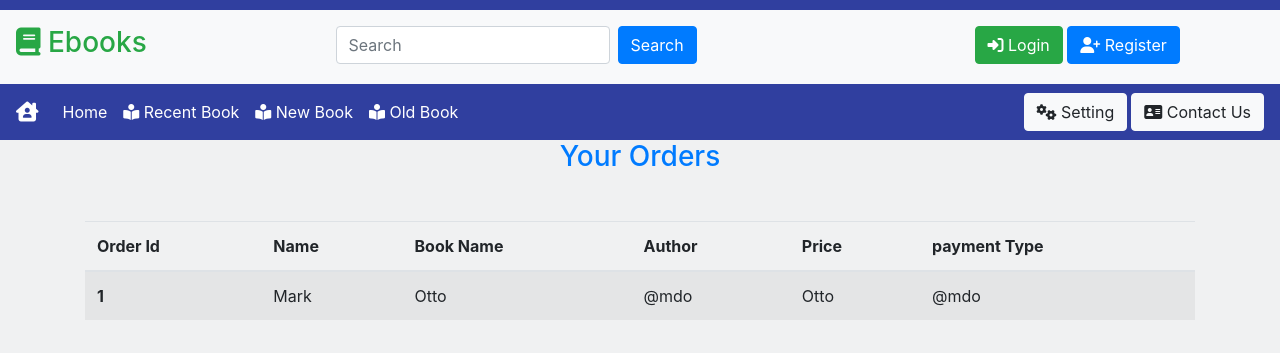
Repository: chittaranjan24/E-Books_Management_System
Page: http://localhost/Ebook-App/order.jsp
The author's editor kept a copy of each file at every save. The page is drawn from the files as they stood at one save, then again after the next save.
The browser window is 1280 px wide. The pictures show the whole page.
Some web libraries are served in a nearby version. The page is served by Tomcat 9. Other server files are loaded and not shown.

Above is the page before, as saved 2023-08-31 11:26:45.

### Ebook-App/src/main/webapp/order.jsp
<%@ page language="java" contentType="text/html; charset=ISO-8859-1"
	pageEncoding="ISO-8859-1"%>
<!DOCTYPE html>
<html>
<head>
<meta charset="ISO-8859-1">
<title>Track Orders</title>
<%@include file="all_component/allCss.jsp"%>
</head>
<body style="background-color: #f0f1f2;">
	<%@include file="all_component/navbar.jsp"%>
	<div class="container">
	<h3 class="text-center text-primary">Your Orders</h3>
		<table class="table table-striped mt-5">
			<thead>
				<tr>
					<th scope="col">Order Id</th>
					<th scope="col">Name</th>
					<th scope="col">Book Name</th>
					<th scope="col">Author</th>
					<th scope="col">Price</th>
					<th scope="col">payment Type</th>
				</tr>
			</thead>
			<tbody>
				<tr>
					<th scope="row">1</th>
					<td>Mark</td>
					<td>Otto</td>
					<td>@mdo</td>
					<td>Otto</td>
					<td>@mdo</td>
				</tr>

			</tbody>
		</table>
	</div>

</body>
</html>

### Ebook-App/src/main/webapp/all_component/allCss.jsp
<link rel="stylesheet"
	href="https://cdn.jsdelivr.net/npm/bootstrap@4.0.0/dist/css/bootstrap.min.css"
	integrity="sha384-Gn5384xqQ1aoWXA+058RXPxPg6fy4IWvTNh0E263XmFcJlSAwiGgFAW/dAiS6JXm"
	crossorigin="anonymous">


<script src="https://code.jquery.com/jquery-3.2.1.slim.min.js"
	integrity="sha384-KJ3o2DKtIkvYIK3UENzmM7KCkRr/rE9/Qpg6aAZGJwFDMVNA/GpGFF93hXpG5KkN"
	crossorigin="anonymous"></script>
<script
	src="https://cdn.jsdelivr.net/npm/popper.js@1.12.9/dist/umd/popper.min.js"
	integrity="sha384-ApNbgh9B+Y1QKtv3Rn7W3mgPxhU9K/ScQsAP7hUibX39j7fakFPskvXusvfa0b4Q"
	crossorigin="anonymous"></script>
<script
	src="https://cdn.jsdelivr.net/npm/bootstrap@4.0.0/dist/js/bootstrap.min.js"
	integrity="sha384-JZR6Spejh4U02d8jOt6vLEHfe/JQGiRRSQQxSfFWpi1MquVdAyjUar5+76PVCmYl"
	crossorigin="anonymous"></script>


<link rel="stylesheet"
	href="https://cdnjs.cloudflare.com/ajax/libs/font-awesome/6.4.2/css/all.min.css"
	integrity="sha512-z3gLpd7yknf1YoNbCzqRKc4qyor8gaKU1qmn+CShxbuBusANI9QpRohGBreCFkKxLhei6S9CQXFEbbKuqLg0DA=="
	crossorigin="anonymous" referrerpolicy="no-referrer" />


<link rel="stylesheet" href="all_component/style.css">

### Ebook-App/src/main/webapp/all_component/navbar.jsp
<%@ taglib prefix="c" uri="http://java.sun.com/jsp/jstl/core"%>
<%@page isELIgnored="false" %>

<div class="container-fluid"
	style="height: 10px; background-color: #303f9f"></div>

<div class="container-fluid p-3 bg-light">
	<div class="row">
		<div class="col-md-3 text-success">
			<h3>
				<i class="fa-solid fa-book"></i> Ebooks
			</h3>
		</div>
		<div class="col-md-6">
			<form class="form-inline my-2 my-lg-0" action="search.jsp" method="post">
				<input class="form-control mr-sm-2" type="search" name="ch"
					placeholder="Search" aria-label="Search">
				<button class="btn btn-primary my-2 my-sm-0" type="submit">Search</button>
			</form>
		</div>

		<c:if test="${not empty userobj }">

		<div class="col-md-3">

		<a href="checkout.jsp"><i class="fa-solid fa-cart-arrow-down fa-2x"></i></a>

			<button class="btn btn-success">
			<i class="fa-solid fa-circle-user"></i> ${userobj.name}</button>

			<a href="logout" class="btn btn-primary text-white">
			<i class="fa-solid fa-power-off"></i> Logout</a>
		</div>

		</c:if>

		<c:if test="${empty userobj }">

		<div class="col-md-3">
			<a href="login.jsp" class="btn btn-success"><i
				class="fa-solid fa-right-to-bracket"></i> Login</a> <a
				href="register.jsp" class="btn btn-primary text-white"><i
				class="fa-solid fa-user-plus"></i> Register</a>
		</div>

		</c:if>


	</div>
</div>


<nav class="navbar navbar-expand-lg navbar-dark bg-custom">
	<a class="navbar-brand" href="index.jsp"> <i
		class="fa-solid fa-house-chimney-user"></i>
	</a>
	<button class="navbar-toggler" type="button" data-toggle="collapse"
		data-target="#navbarSupportedContent"
		aria-controls="navbarSupportedContent" aria-expanded="false"
		aria-label="Toggle navigation">
		<span class="navbar-toggler-icon"></span>
	</button>

	<div class="collapse navbar-collapse" id="navbarSupportedContent">
		<ul class="navbar-nav mr-auto">
			<li class="nav-item active"><a class="nav-link" href="index.jsp">Home
					<span class="sr-only">(current)</span>
			</a></li>
			<li class="nav-item active"><a class="nav-link" href="all_recent_book.jsp"> <i
					class="fa-solid fa-book-open-reader"></i> Recent Book
			</a></li>
			<li class="nav-item active"><a class="nav-link" href="all_new_book.jsp"> <i
					class="fa-solid fa-book-open-reader"></i> New Book
			</a></li>

			<li class="nav-item active"><a class="nav-link disabled"
				href="all_old_book.jsp"> <i class="fa-solid fa-book-open-reader"></i> Old Book
			</a></li>
		</ul>
		<form class="form-inline my-2 my-lg-0">

			<a href="setting.jsp" class="btn btn-light my-2 my-sm-0" type="submit">
				<i class="fa-solid fa-gears"></i> Setting
			</a>
			<a href="helpline.jsp" class="btn btn-light my-2 my-sm-0 ml-1" type="submit">
				<i class="fa-solid fa-address-card"></i> Contact Us
			</a>

		</form>
	</div>
</nav>

### Ebook-App/src/main/webapp/all_component/style.css
.bg-custom{
	background-color: #303f9f;
}

.navbar .nav-item:hover .nav-link {
	background-color: white;
	color: #303f9f;
	border-radius: 15px;
}

After the next save:
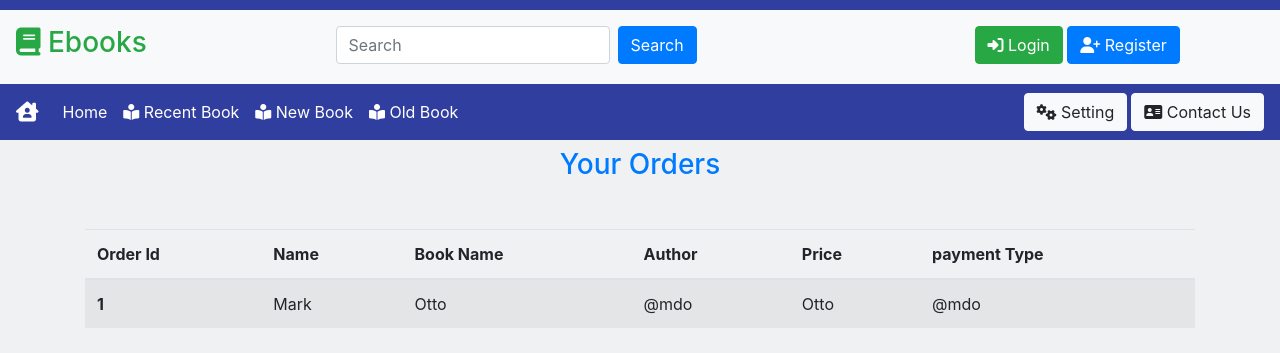
Saved 21 s later.
--- a/Ebook-App/src/main/webapp/order.jsp
+++ b/Ebook-App/src/main/webapp/order.jsp
@@ -10,7 +10,7 @@
 <body style="background-color: #f0f1f2;">
 	<%@include file="all_component/navbar.jsp"%>
 	<div class="container">
-	<h3 class="text-center text-primary">Your Orders</h3>
+	<h3 class="text-center text-primary mt-2">Your Orders</h3>
 		<table class="table table-striped mt-5">
 			<thead>
 				<tr>
